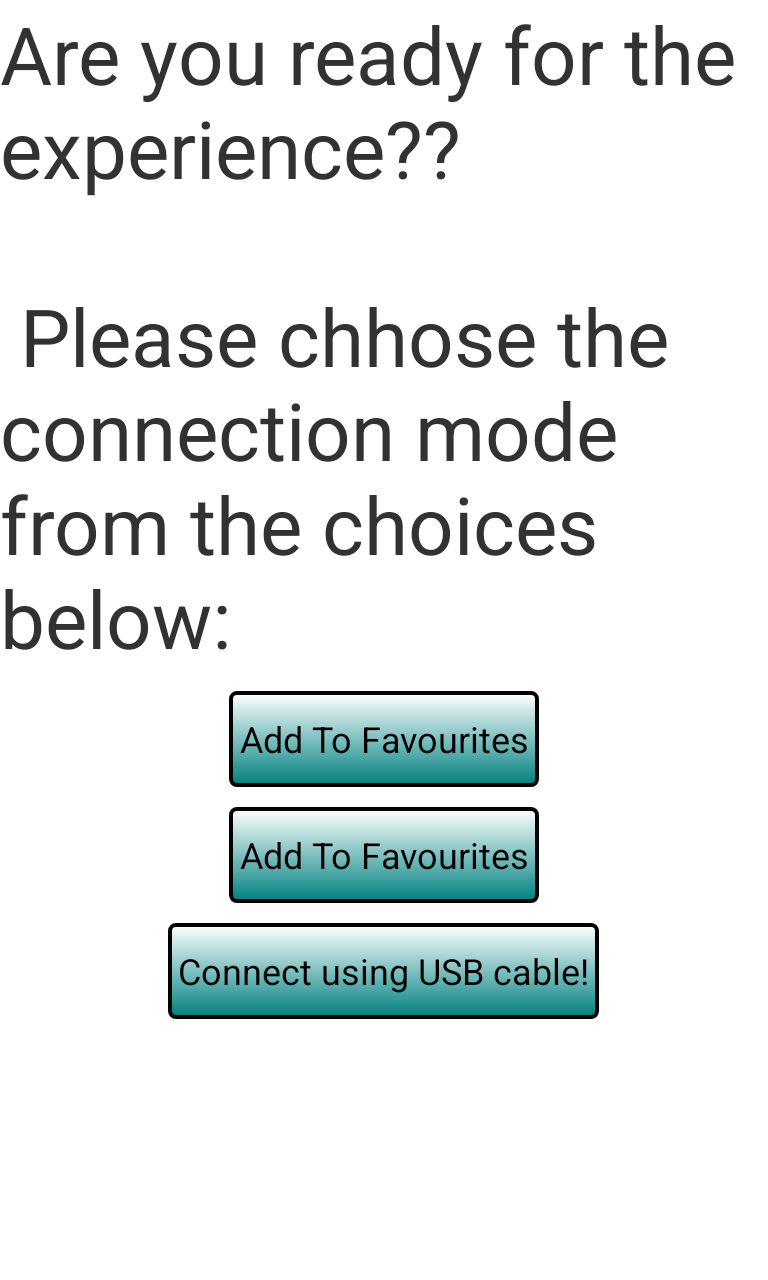
Repository: neha01mittal/AndroidGameController
Layout: AndroidTCPComm/AndroidGameController/GameControllerDataTransfer/res/layout/activity_main.xml
An editor plug-in stored every save of this project. The layout is shown before and after the next save, followed by the edit.
It is drawn on a 768 x 1280 px phone screen (xhdpi) without system bars, with theme AppTheme; the app's code is not run.

Above is the layout before, as saved 2013-12-11 19:05:54.

After the next save:
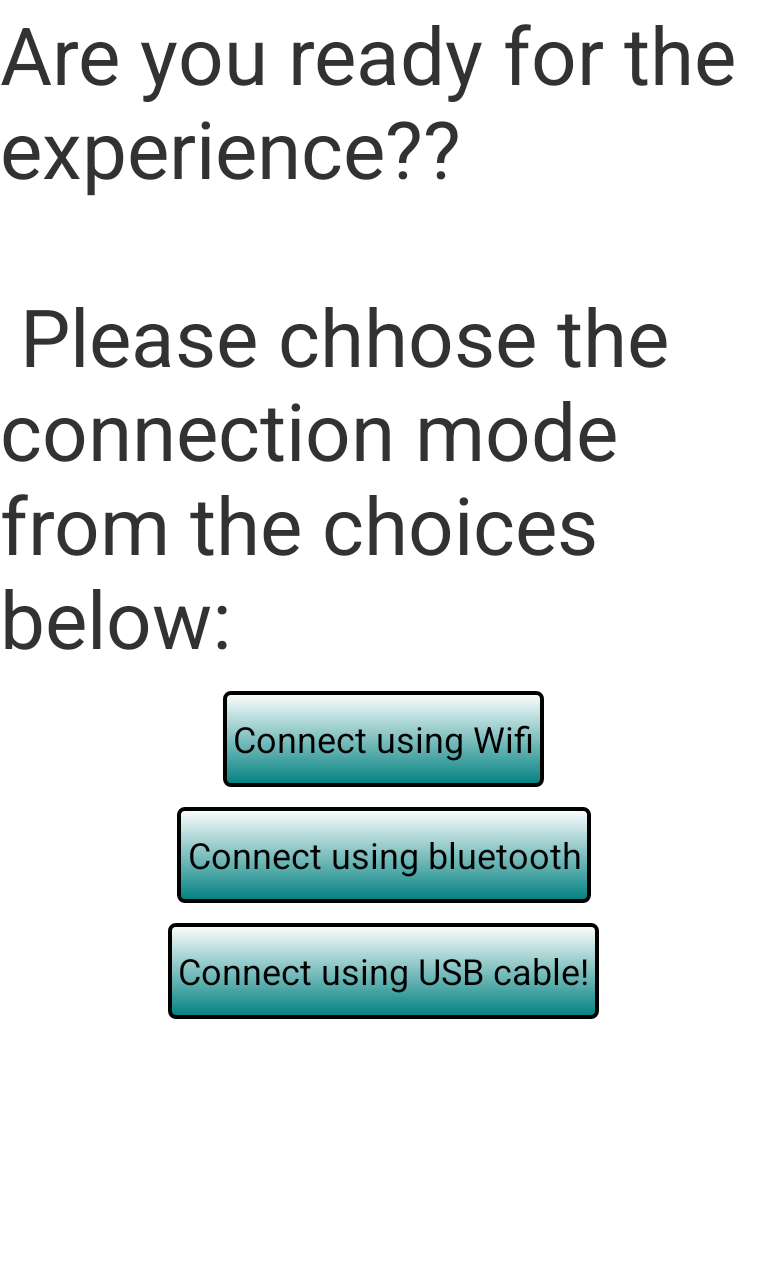
Saved 36 s later.
--- a/AndroidTCPComm/AndroidGameController/GameControllerDataTransfer/res/layout/activity_main.xml
+++ b/AndroidTCPComm/AndroidGameController/GameControllerDataTransfer/res/layout/activity_main.xml
@@ -17,13 +17,13 @@
     </View>
 
     <Button
-        android:id="@+id/addToFavourites"
+        android:id="@+id/wifi"
         android:layout_width="wrap_content"
         android:layout_height="wrap_content"
         android:layout_gravity="center"
         android:background="@layout/button_background"
         android:padding="5dp"
-        android:text="@string/addToFavourites" />
+        android:text="@string/wifi" />
 
     <View
         android:layout_width="1dp"
@@ -31,13 +31,13 @@
     </View>
 
     <Button
-        android:id="@+id/addToFavourites"
+        android:id="@+id/bluetooth"
         android:layout_width="wrap_content"
         android:layout_height="wrap_content"
         android:layout_gravity="center"
         android:background="@layout/button_background"
         android:padding="5dp"
-        android:text="@string/addToFavourites" />
+        android:text="@string/bluetooth" />
 
     <View
         android:layout_width="1dp"
